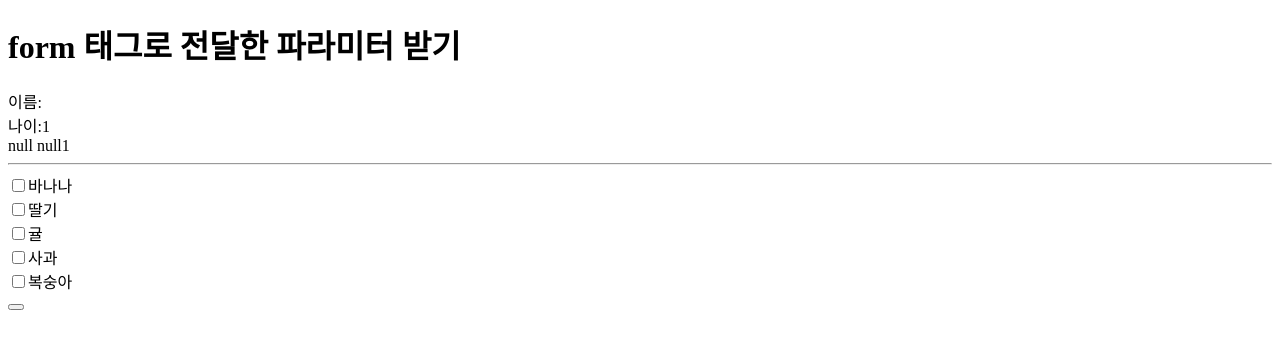
Repository: hwimi/2024-04-12
Page: http://localhost/jstl_study/step-4.jsp
These files come from the project's save history. The page is drawn as it stood at one moment and after the next save; the edit follows.
The browser window is 1280 px wide. The pictures show the whole page.
The page is served by Tomcat 9. Other server files are loaded and not shown.

Above is the page before, as saved 2024-04-11 03:49:24.

### jstl_study/src/main/webapp/step-4.jsp
<%@ page language="java" contentType="text/html; charset=UTF-8"
	pageEncoding="UTF-8"%>
<%@ taglib uri="http://java.sun.com/jsp/jstl/core" prefix="c"%>

<!DOCTYPE html>
<html>
<head>
<meta charset="UTF-8">
<title>Insert title here</title>
</head>
<body>
	<h1>form 태그로 전달한 파라미터 받기</h1>
	<!-- EL 태그 방식은 내부적으로 형변환을 하여 연산이 가능함 -->
	이름:${param.name }
	<br> 나이:${param.age+1 }
	<br>
	<!-- 스크립틀릿 방식으로 파라미터 가져오기 -->
	<!-- 파라미터 값을 문자열로 인식 연산불가능 형변환 필요 -->
	<%=request.getParameter("name") %>
	<%=request.getParameter("age")+1 %>






	<!-- c:if 이옹하여 나이가 18세 이하면 미성년자 입니다라고 출력 -->
	<c:if test="${param.age<=18 }">
	<h2>미성년자 입니다</h2>
	</c:if>
	<c:if test="${param.age>18 }">
		<h2>성인입니다</h2>
	</c:if>
	<hr>

	<!-- choose 사용하여 다중조건 처리 -->
	<!-- age가19세 이상은 성인 ,15세 이상은 청소년 ,5세이상은 어린이,나머지는 유아 -->
	<!-- c:when/c:otherwise  -->
	<c:choose>
	<c:when test="${param.age>19 }">
		<h3>${param.name }님은 ${param.age }세 성인입니다  </h3>
	</c:when>
	<c:when test="${param.age>=15 }">
		<h3>${param.name }님은 ${param.age }세 청소년  </h3>
	</c:when>
	<c:when test="${param.age>=5 }">
		<h3>${param.name }님은 ${param.age }세 어린이  </h3>
	</c:when>

	</c:choose>

	<form action="step-5.jsp">
	<input type="checkbox" name="food" value="바나나">바나나<br>
	<input type="checkbox" name="food" value="딸기">딸기<br>
	<input type="checkbox" name="food" value="귤">귤<br>
	<input type="checkbox" name="food" value="사과">사과<br>
	<input type="checkbox" name="food" value="복숭아">복숭아<br>
	<button type="submit"></button>
	</form>



</body>
</html>

After the next save:
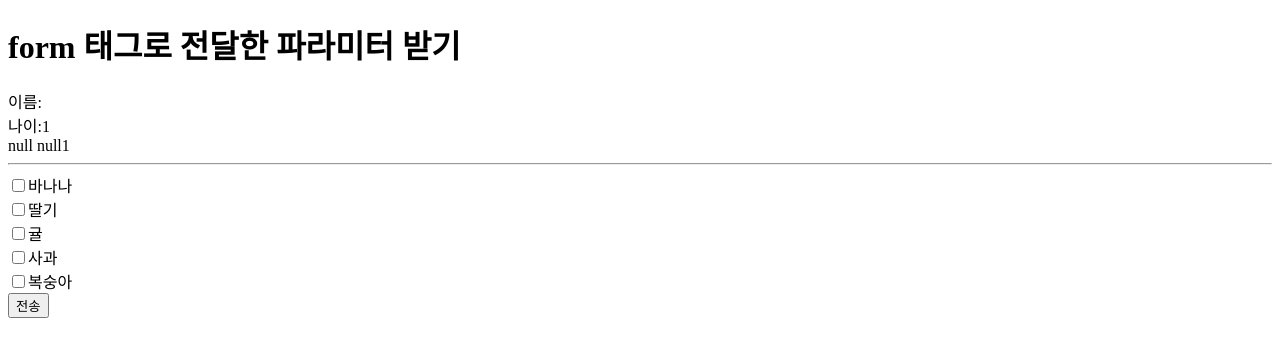
Saved 17 s later.
--- a/jstl_study/src/main/webapp/step-4.jsp
+++ b/jstl_study/src/main/webapp/step-4.jsp
@@ -55,7 +55,7 @@
 	<input type="checkbox" name="food" value="귤">귤<br>
 	<input type="checkbox" name="food" value="사과">사과<br>
 	<input type="checkbox" name="food" value="복숭아">복숭아<br>
-	<button type="submit"></button>
+	<button type="submit">전송</button>
 	</form>
 
 
